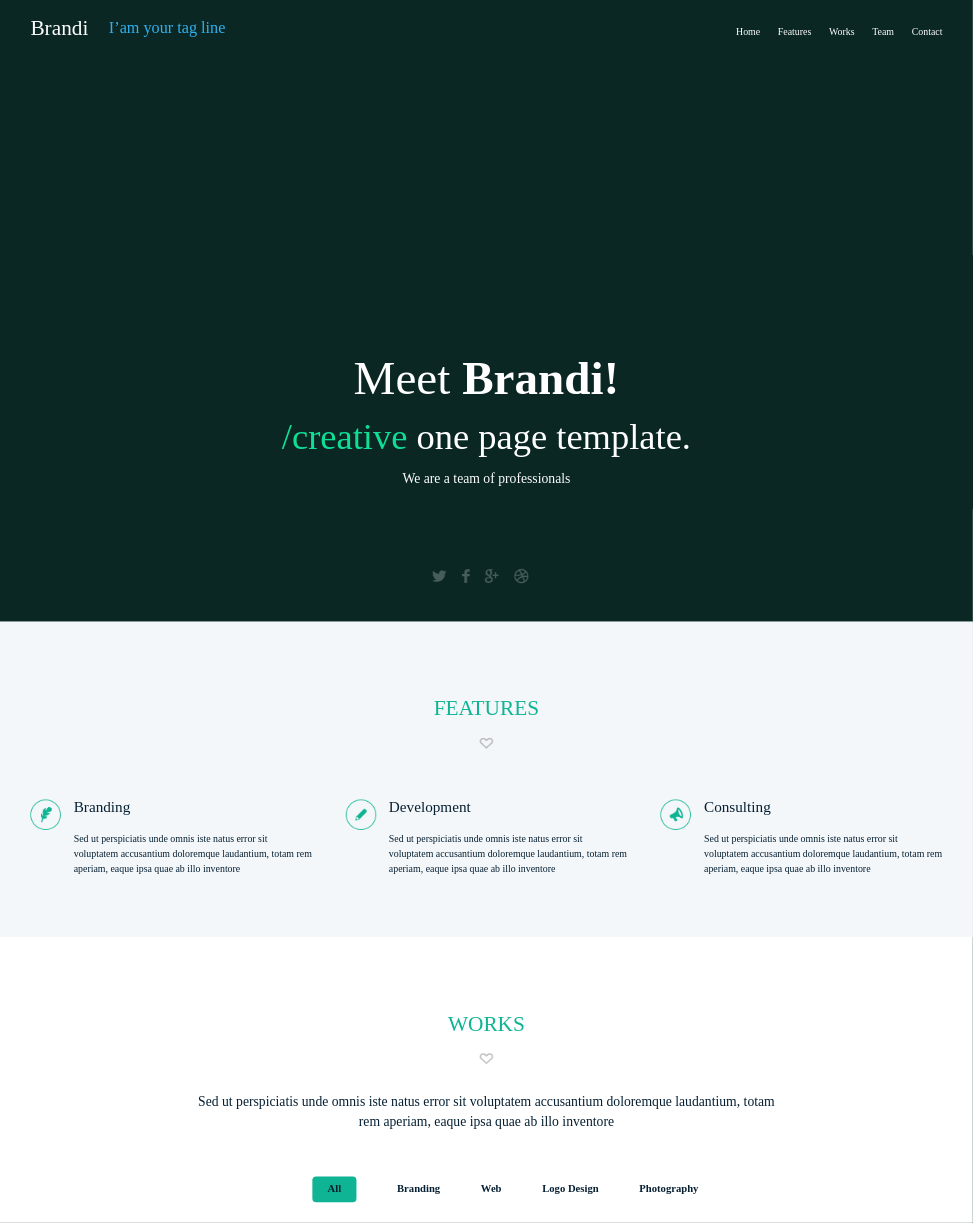
Repository: iravakilova/Brandi
Page: app/index.html
The author's editor kept a copy of each file at every save. The page is drawn from the files as they stood at one save, then again after the next save.
The browser window is 1280 px wide. The pictures show the whole page, at 76% of full size.
The pointer rests on the first visible `.works-menu__link`.

Above is the page before, as saved 2020-02-15 14:45:52.

### app/index.html
<!DOCTYPE html>
<html lang="en">
<head>
    <meta charset="UTF-8">
    <meta name="viewport" content="width=device-width, initial-scale=1.0">
    <title>BRANDI</title>
    <link rel="stylesheet" href="reset.css">
    <link rel="stylesheet" href="style.css">
</head>
<body>

    <!-- header -->

    <header class="header">
        <div class="container">
            <div class="header__inner">
                <div class="header__logo">
                    <p class="logo">Brandi</p>
                    <p class="logo-text">I’am your tag line</p>
                </div>

                <nav class="header-menu">
                    <a class="header-menu__link active" href="#">Home</a>
                    <a class="header-menu__link" href="#">Features</a>
                    <a class="header-menu__link" href="#">Works</a>
                    <a class="header-menu__link" href="#">Team</a>
                    <a class="header-menu__link" href="#">Contact</a>
                </nav>
            </div>
        </div>

        <div class="intro">
            <div class="container">
                <div class="intro__inner">
                    <h1 class="intro__title">Meet <span style="font-weight: bold;">Brandi! </span> </h1>
                    <h2 class="intro__suptitle"><span style="color:#0fde95;">/creative</span> one page template.</h2>
                    <span class="intro__descr">We are a team of professionals</span>
                </div>
                <div class="social">
                    <a class="social__link" href="#"><img src="./img/twitter.png" alt="twitter"></a>
                    <a class="social__link" href="#"><img src="./img/facebook.png" alt="facebook"></a>
                    <a class="social__link" href="#"><img src="./img/google.png" alt="google"></a>
                    <a class="social__link" href="#"><img src="./img/dribbble.png" alt="dribbble"></a>
                </div>
            </div>
        </div>
    </header>

    <!-- features -->

    <section class="features">
        <div class="container">
            <h3 class="unit-title">Features</h3>
            <img class="heart" src="./img/heart.png" alt="">
            <div class="features__inner">
                <div class="features__var">
                    <div class="features__image">
                        <img src="./img/features-1.png" alt="">
                    </div>
                    <div class="features__item">
                        <h4 class="features__title">Branding</h4>
                        <p class="features__descr">Sed ut perspiciatis unde omnis iste natus error sit voluptatem accusantium doloremque laudantium, totam rem aperiam, eaque ipsa quae ab illo inventore</p>
                    </div>
                </div>
                <div class="features__var">
                    <div class="features__image">
                        <img src="./img/features-2.png" alt="">
                    </div>
                    <div class="features__item">
                        <h4 class="features__title">Development</h4>
                        <p class="features__descr">Sed ut perspiciatis unde omnis iste natus error sit voluptatem accusantium doloremque laudantium, totam rem aperiam, eaque ipsa quae ab illo inventore</p>
                    </div>
                </div>
                <div class="features__var">
                    <div class="features__image">
                        <img src="./img/features-3.png" alt="">
                    </div>
                    <div class="features__item">
                        <h4 class="features__title">Consulting</h4>
                        <p class="features__descr">Sed ut perspiciatis unde omnis iste natus error sit voluptatem accusantium doloremque laudantium, totam rem aperiam, eaque ipsa quae ab illo inventore</p>
                    </div>
                </div>
            </div>
        </div>
    </section>

    <!-- works -->

    <section class="works">
        <h3 class="unit-title">Works</h3>
        <img class="heart" src="./img/heart.png" alt="">
        <p class="unit-article">Sed ut perspiciatis unde omnis iste natus error sit voluptatem accusantium doloremque laudantium, totam<br/> rem aperiam, eaque ipsa quae ab illo inventore</p>
        <nav class="works-menu">
            <a class="works-menu__link" href="#">All</a>
            <a class="works-menu__link" href="#">Branding</a>
            <a class="works-menu__link" href="#">Web</a>
            <a class="works-menu__link" href="#">Logo Design</a>
            <a class="works-menu__link" href="#">Photography</a>
        </nav>
    </section>

</body>
</html>

### app/style.css

.container {
    width: 100%;
    max-width: 1200px;
    margin: 0 auto;
}
.unit-title{
    font-family: "﻿OpenSans-Extrabold", "AdobeInvisFont", "MyriadPro-Regular";
    font-size: 28px;
    color: rgba(14, 180, 147, 255);
    text-transform: uppercase;
    text-align: center;
    padding-top: 100px;
}
.heart{
    display: block;
    margin: 0 auto;
    padding-top: 25px;
}
.unit-article{
    font-family: "OpenSans-Semibold", "AdobeInvisFont", "MyriadPro-Regular";
    font-size: 18px;
    color: rgba(6, 32, 51, 255);
    text-align: center;
    padding-top: 36px;
    line-height: 1.5;
}

/* header */

.header {
    width: 100%;
    font-family: "Pacifico-Regular", "AdobeInvisFont", "MyriadPro-Regular";
    background-color: #0a2724;
}
.header__inner {
    display: flex;
    justify-content: space-between;
    align-items: center;
    padding-bottom: 394px;
}
.header__logo{
    display: flex;
    justify-content: space-between;
    align-items: center;
    margin: 0;
}
.logo {
    color: #fff;

    font-size: 28px;
    margin-right: 27px;
}
.logo-text{
    font-size: 16pt;
    color: rgba(50, 176, 238, 255);
}
.header-menu {
    font-size: 13px;
    padding: 35px 0 25px;

}
.header-menu__link {
    display: inline-block;
    vertical-align: top;
    margin-left: 20px;
    color: #fff;
    text-decoration: none;
}
.intro{
    text-align: center;
}
.intro__inner{
    margin-bottom: 109px;
}
.intro__title{
    font-size: 62px;
    color: #fff;
    padding-bottom: 22px;
}
.intro__suptitle{
    font-size: 48px;
    color: #fff;
    padding-bottom: 22px;
}
.intro__descr{
    font-size: 18px;
    color: #fff;
    margin-bottom: 109px;
}
.social{
    padding-bottom: 50px;
}
.social__link img{
    opacity: 0.25;
    margin-right: 16px;
}
.social img:hover{
    opacity: 1;
}

/* features */

.features{
    width: 100%;
    background-color: #f4f7f9;
}
.features__inner{
    display: flex;
    justify-content: space-between;
    align-items: center;
    padding: 67px 0 80px;
}
.features__var{
    margin-right: 44px;
    display: flex;
}
.features__var:last-child{
    margin-right: 0px;
}
.features__image{
    display: block;
    margin-right: 17px;
}
.features__title{
    font-family: "OpenSans-Semibold", "AdobeInvisFont", "MyriadPro-Regular";
    font-size: 20px;
    color: rgba(6, 32, 51, 255);
    padding-bottom: 22px;
}
.features__descr{
    font-family: "OpenSans", "AdobeInvisFont", "MyriadPro-Regular";
    font-size: 13px;
    color: rgba(6, 32, 51, 255);
    line-height: 1.5;
}

/* works */

.works{
    width: 100%;
    text-align: center;
}
.works-menu {
    padding-top: 58px;

    font-family: "OpenSans-Bold", "AdobeInvisFont", "MyriadPro-Regular";
    font-size: 14px;
    font-weight: bold;
}
.works-menu__link {
    display: inline-block;
    margin-left: 50px;
    color: rgba(6, 32, 51, 255);
    text-decoration: none;
    padding-bottom: 37px;
}
.works-menu__link:hover {
    /* color: #fff; */
    display: inline-block;
    margin-left: 50px;
    color: rgba(6, 32, 51, 255);
    text-decoration: none;
    padding-bottom: 37px;

    background-color:  #0eb493;
    padding: 10px 20px;
    border-radius: 5px;
}

Loaded but not shown: app/reset.css (common file)

After the next save:
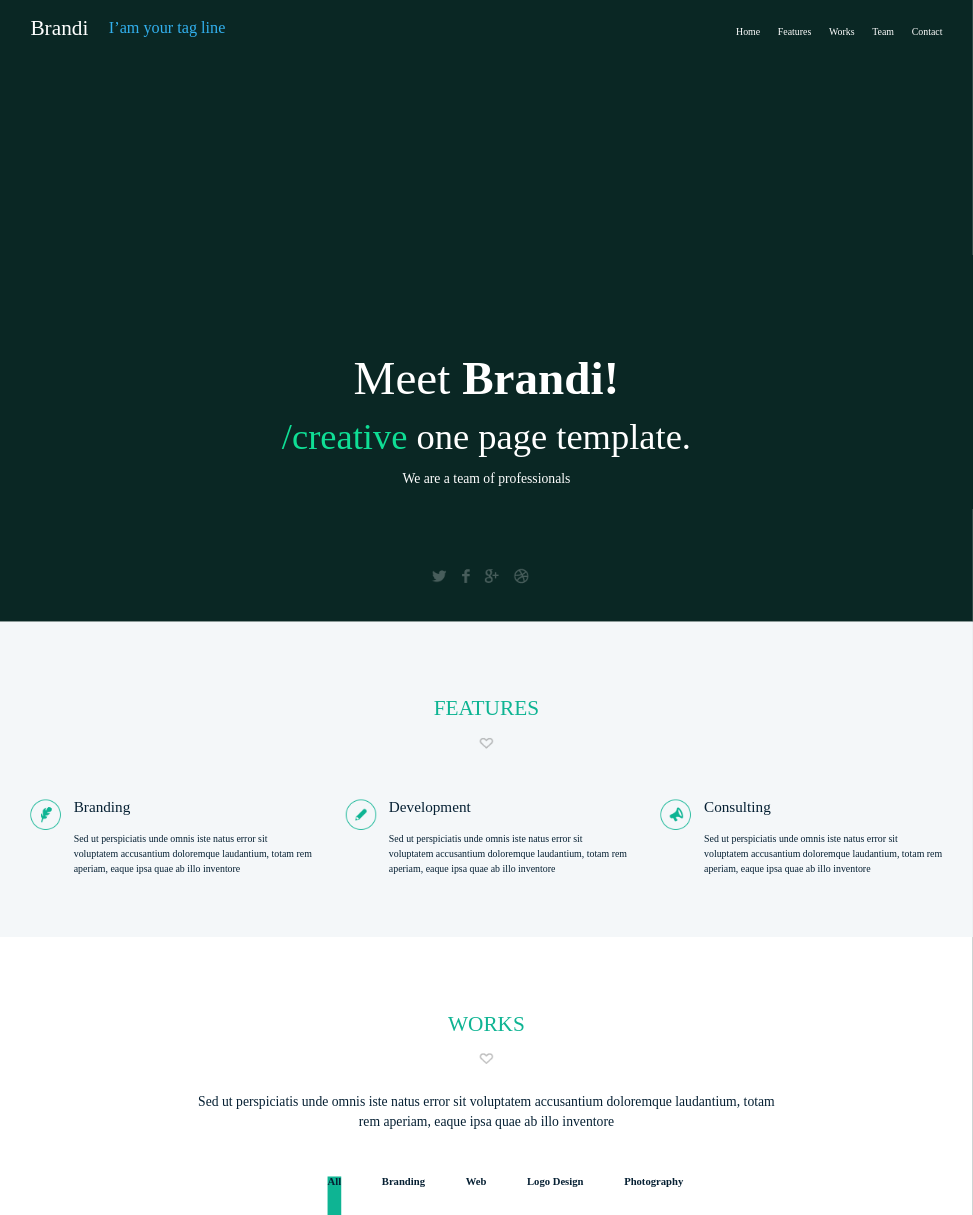
Saved 25 s later.
--- a/app/style.css
+++ b/app/style.css
@@ -164,6 +164,6 @@
     padding-bottom: 37px;
 
     background-color:  #0eb493;
-    padding: 10px 20px;
-    border-radius: 5px;
+    /* padding: 10px 20px;
+    border-radius: 5px; */
 }
